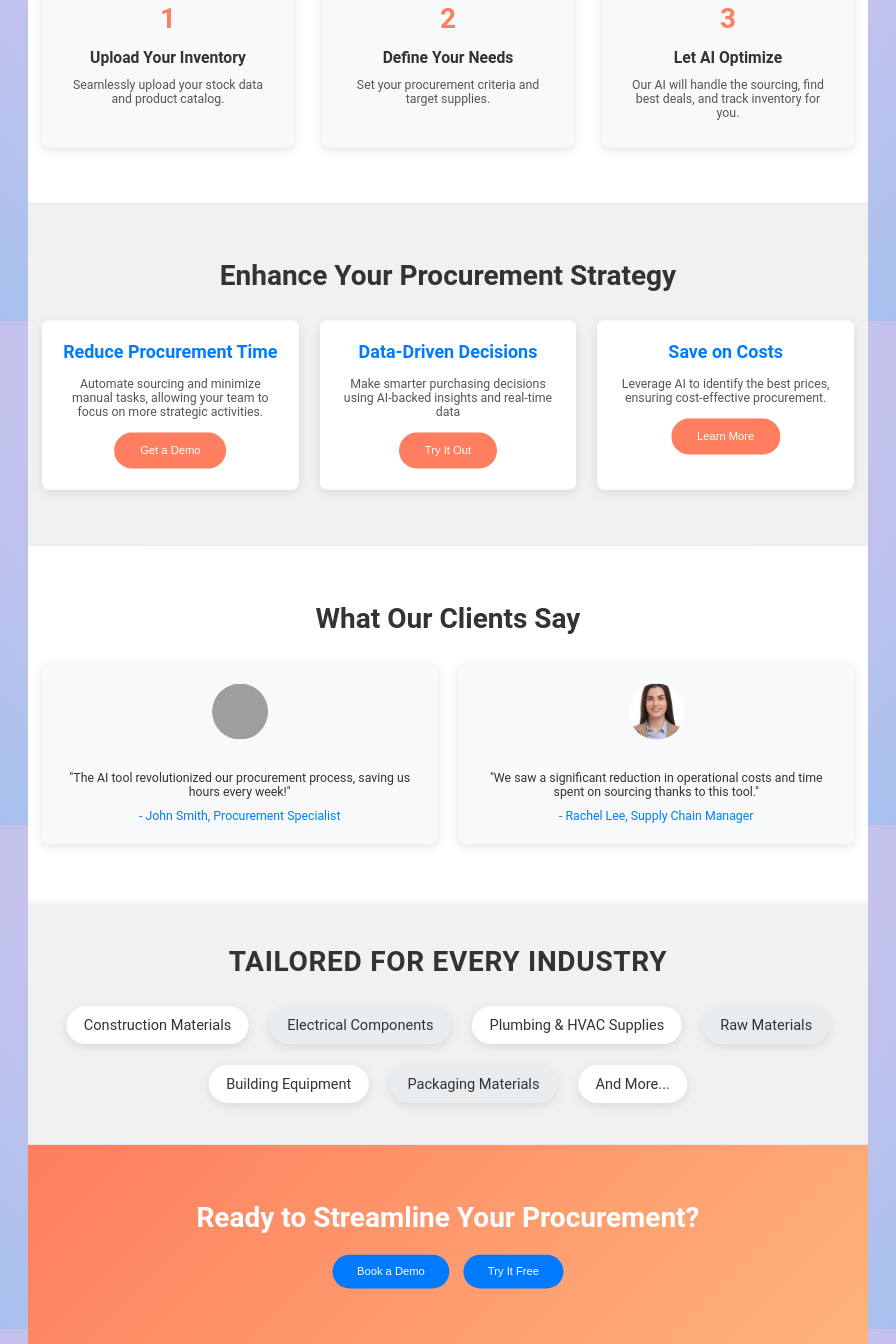
Repository: aabhashbasnet/SSNCorporation
Page: /who-we-serve/suppliers
The author's editor kept a copy of each file at every save. The page is drawn from the files as they stood at one save, then again after the next save.
The browser window is 1280 px wide. The pictures show the part of the page from y = 982 to 2902 px (the page is 2902 px tall before and 2841 px after), at 70% of full size.
Pictures or frames that could not be fetched are drawn as grey boxes. The project was rebuilt for these pictures with package versions that can differ from the ones it lists, and the page was loaded fresh each time. Also part of the build but not shown: src/components/Main/Main.jsx, src/components/Working/Working.css, src/components/Working/Working.jsx, src/components/Footer/Footer.jsx, src/pages/OurMission/OurMission.jsx, src/pages/LoginSignUp/LoginSignUp.css, src/pages/LoginSignUp/LoginSignUp.jsx, src/pages/Industries/Industries.jsx and 10 more.

Above is the page before, as saved 2025-02-11 14:16:41.

After the next save:
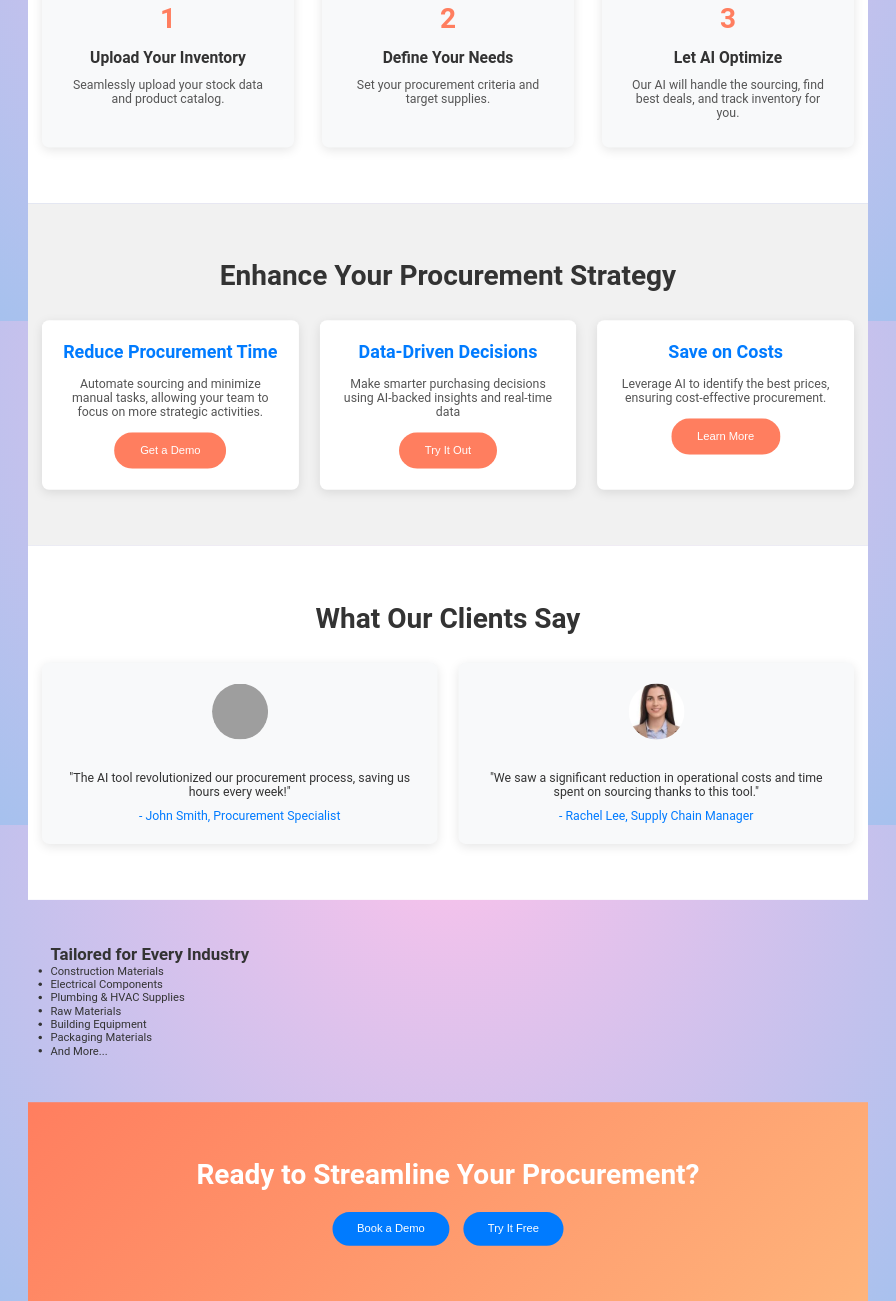
Saved 9 min 21 s later.
--- a/src/pages/WhoWeServe/Suppliers.jsx
+++ b/src/pages/WhoWeServe/Suppliers.jsx
@@ -109,7 +109,7 @@ const Suppliers = () => {
         </div>
       </section>
 
-      <section className="categories">
+      <section className="trades">
         <h2>Tailored for Every Industry</h2>
         <ul>
           <li>Construction Materials</li>
